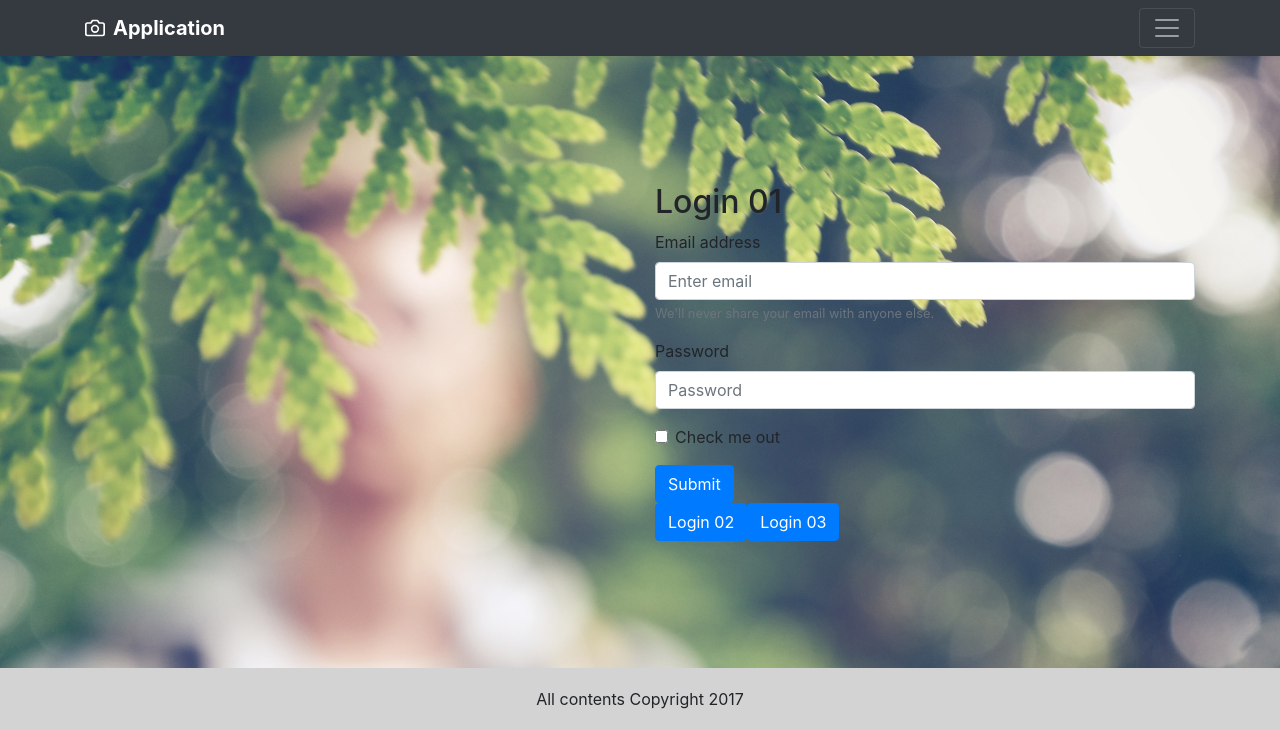
Repository: bijoysen/angular7-landing-login
Page: /
The author's editor kept a copy of each file at every save. The page is drawn from the files as they stood at one save, then again after the next save.
The browser window is 1280 px wide. The pictures show the whole page.
The project was rebuilt for these pictures with package versions that can differ from the ones it lists, and the page was loaded fresh each time. Also part of the build but not shown: angular.json, src/app/pre/landing/landing.component.ts, src/app/pre/login-two/login-two.component.ts, src/app/pre/login-three/login-three.component.ts.

Above is the page before, as saved 2018-12-17 19:28:37.

### src/index.html
<!doctype html>
<html lang="en">
<head>
  <meta charset="utf-8">
  <title>Angular7LandingLogin</title>
  <base href="/">

  <meta name="viewport" content="width=device-width, initial-scale=1">
  <link rel="icon" type="image/x-icon" href="favicon.ico">
</head>
<body>
  <app-root></app-root>
</body>
</html>

### src/app/app.module.ts
import { BrowserModule } from '@angular/platform-browser';
import { NgModule } from '@angular/core';

import { AppRoutingModule } from './app-routing.module';
import { AppComponent } from './app.component';
import { HeaderComponent } from './shared/header/header.component';
import { FooterComponent } from './shared/footer/footer.component';
import { LandingComponent } from './pre/landing/landing.component';
import { LoginOneComponent } from './pre/login-one/login-one.component';
import { LoginTwoComponent } from './pre/login-two/login-two.component';
import { LoginThreeComponent } from './pre/login-three/login-three.component';

@NgModule({
  declarations: [
    AppComponent,
    HeaderComponent,
    FooterComponent,
    LandingComponent,
    LoginOneComponent,
    LoginTwoComponent,
    LoginThreeComponent
  ],
  imports: [
    BrowserModule,
    AppRoutingModule
  ],
  providers: [],
  bootstrap: [AppComponent]
})
export class AppModule { }

### src/app/app.component.ts
import { Component } from '@angular/core';

@Component({
  selector: 'app-root',
  templateUrl: './app.component.html',
  styleUrls: ['./app.component.scss']
})
export class AppComponent {
  title = 'angular7-landing-login';
}

### src/app/pre/login-one/login-one.component.ts
import { Component, OnInit } from '@angular/core';

@Component({
  selector: 'app-login-one',
  templateUrl: './login-one.component.html',
  styleUrls: ['./login-one.component.scss']
})
export class LoginOneComponent implements OnInit {

  constructor() { }

  ngOnInit() {
  }

}

### src/app/app.component.html
<app-header></app-header>
<router-outlet></router-outlet>
<!-- <app-landing></app-landing> -->
<app-login-one></app-login-one>
<!-- <app-login-two></app-login-two> -->
<!-- <app-login-three></app-login-three> -->

<app-footer></app-footer>

### src/app/shared/header/header.component.html
<header>
	<!-- <div class="collapse bg-dark" id="navbarHeader">
		<div class="container">
			<div class="row">
				<div class="col-sm-8 col-md-7 py-4">
					<h4 class="text-white">About</h4>
					<p class="text-muted">Add some information about the album below, the author, or any other background context. Make it a few sentences long so folks can pick up some informative tidbits. Then, link them off to some social networking sites or contact information.</p>
				</div>
				<div class="col-sm-4 offset-md-1 py-4">
					<h4 class="text-white">Contact</h4>
					<ul class="list-unstyled">
						<li><a href="#" class="text-white">Follow on Twitter</a></li>
						<li><a href="#" class="text-white">Like on Facebook</a></li>
						<li><a href="#" class="text-white">Email me</a></li>
					</ul>
				</div>
			</div>
		</div>
	</div> -->
	<div class="navbar navbar-dark bg-dark shadow-sm">
		<div class="container d-flex justify-content-between">
			<a href="#" class="navbar-brand d-flex align-items-center">
				<svg xmlns="http://www.w3.org/2000/svg" width="20" height="20" viewBox="0 0 24 24" fill="none" stroke="currentColor" stroke-width="2" stroke-linecap="round" stroke-linejoin="round" class="mr-2"><path d="M23 19a2 2 0 0 1-2 2H3a2 2 0 0 1-2-2V8a2 2 0 0 1 2-2h4l2-3h6l2 3h4a2 2 0 0 1 2 2z"></path><circle cx="12" cy="13" r="4"></circle></svg>
				<strong>Application</strong>
			</a>
			<button class="navbar-toggler" type="button" data-toggle="collapse" data-target="#navbarHeader" aria-controls="navbarHeader" aria-expanded="false" aria-label="Toggle navigation">
			<span class="navbar-toggler-icon"></span>
			</button>
		</div>
	</div>
</header>

### src/app/shared/footer/footer.component.html
<footer class="pageFooter text-center">
  <p>All contents Copyright 2017</p>
</footer>

### src/app/shared/footer/footer.component.scss
.pageFooter {
    background: #d3d3d3;
    padding: 19px 0;
    p {
        margin-bottom: 0;
    }
}

### src/app/pre/login-one/login-one.component.html
<!-- Common Part Start -->
<section class="pageContent" style="background-image: url('assets/images/05.jpg')">
	<div class="container">
		<div class="row align-items-center">
			<div class="col-md-6"></div>
			<div class="col-md-6">
                <!-- New Section Start -->
                <h2>Login 01</h2>
                <form>
                    <div class="form-group">
                        <label for="exampleInputEmail1">Email address</label>
                        <input type="email" class="form-control" id="exampleInputEmail1" aria-describedby="emailHelp" placeholder="Enter email">
                        <small id="emailHelp" class="form-text text-muted">We'll never share your email with anyone else.</small>
                    </div>
                    <div class="form-group">
                        <label for="exampleInputPassword1">Password</label>
                        <input type="password" class="form-control" id="exampleInputPassword1" placeholder="Password">
                    </div>
                    <div class="form-group form-check">
                        <input type="checkbox" class="form-check-input" id="exampleCheck1">
                        <label class="form-check-label" for="exampleCheck1">Check me out</label>
                    </div>
                    <button type="submit" class="btn btn-primary">Submit</button>
                </form>

                <button type="submit" class="btn btn-primary">Login 02</button>
                <button type="submit" class="btn btn-primary">Login 03</button>
                <!-- New Section End -->
			</div>
		</div>
	</div>
</section>
<!-- Common Part End -->

### src/app/pre/login-one/login-one.component.scss
.pageContent {
    background-repeat: no-repeat;
    background-size: cover;
    background-position: center top;
    > .container > .row {
        height: 85vh;
    }
}

Loaded but not shown: src/styles.scss (common file); src/main.ts (common file); src/environments/environment.ts (common file); src/app/app-routing.module.ts (common file); src/app/shared/header/header.component.ts (common file); src/app/shared/footer/footer.component.ts (common file); src/app/shared/header/header.component.scss (no stored copy; drawn as an empty file); src/app/app.component.scss (no stored copy; drawn as an empty file)

After the next save:
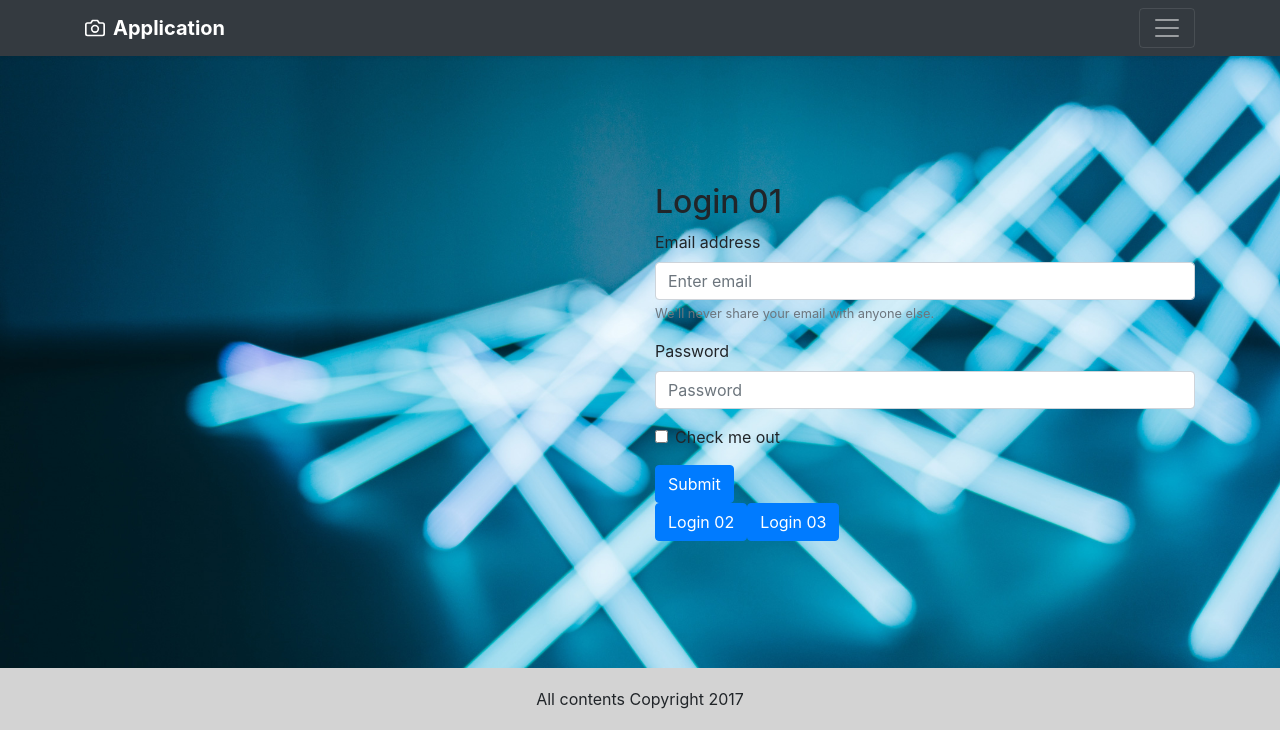
Saved 10 s later.
--- a/src/app/pre/login-one/login-one.component.html
+++ b/src/app/pre/login-one/login-one.component.html
@@ -1,5 +1,5 @@
 <!-- Common Part Start -->
-<section class="pageContent" style="background-image: url('assets/images/05.jpg')">
+<section class="pageContent" style="background-image: url('assets/images/06.jpg')">
 	<div class="container">
 		<div class="row align-items-center">
 			<div class="col-md-6"></div>

After the save that followed:
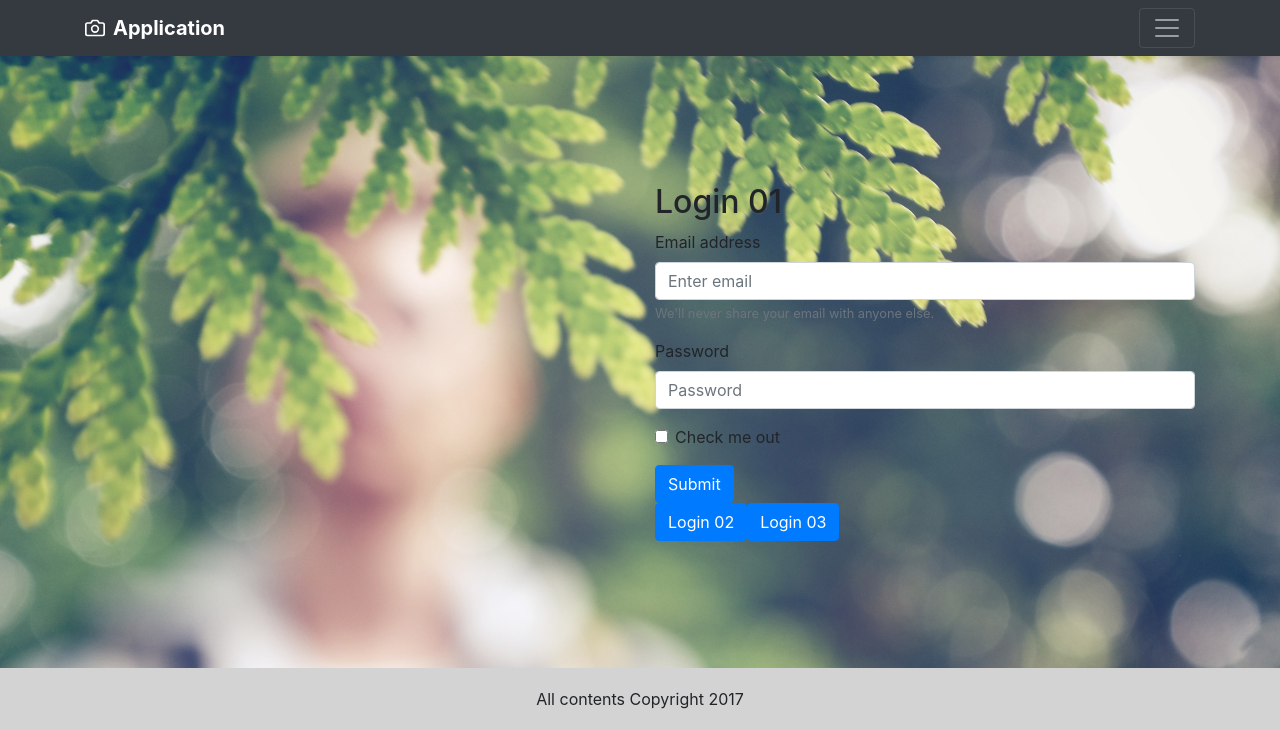
Saved 8 s later.
--- a/src/app/pre/login-one/login-one.component.html
+++ b/src/app/pre/login-one/login-one.component.html
@@ -1,5 +1,5 @@
 <!-- Common Part Start -->
-<section class="pageContent" style="background-image: url('assets/images/06.jpg')">
+<section class="pageContent" style="background-image: url('assets/images/05.jpg')">
 	<div class="container">
 		<div class="row align-items-center">
 			<div class="col-md-6"></div>
